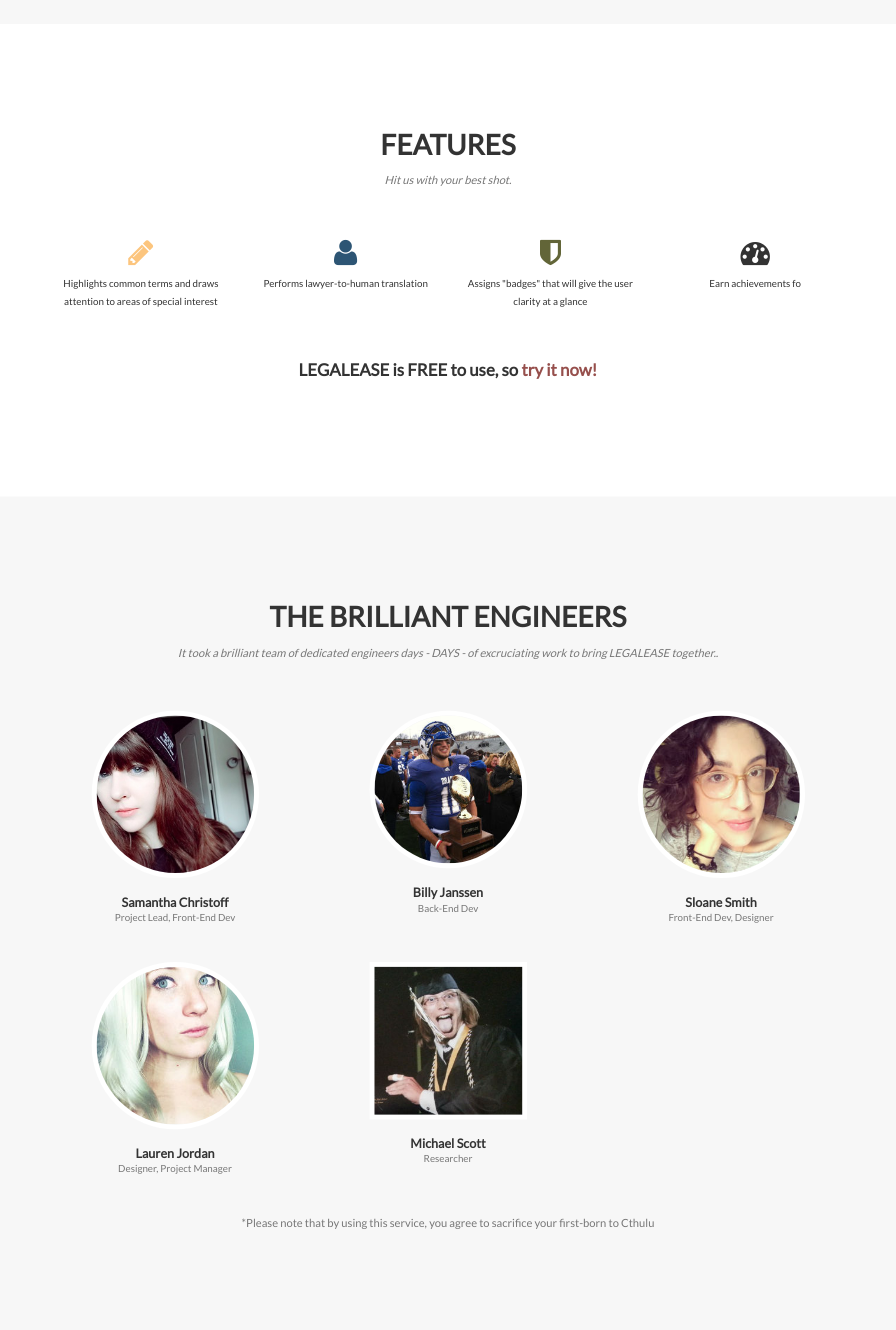
Repository: originalphoenix/LegalWeapon4
Page: index.html
The author's editor kept a record of every edit. The page is drawn from the files as they stood at one moment, then again after the next edit.
The browser window is 1280 px wide. The pictures show the part of the page from y = 2666 to 4566 px (the page is 5201 px tall), at 70% of full size.
A picture or video elsewhere on the page could not be fetched, so the positions and the page height are approximate. Some web fonts or font styles are not loaded; a fallback is used. Some web libraries are served in a nearby version.

Above is the page before.

After the next edit:
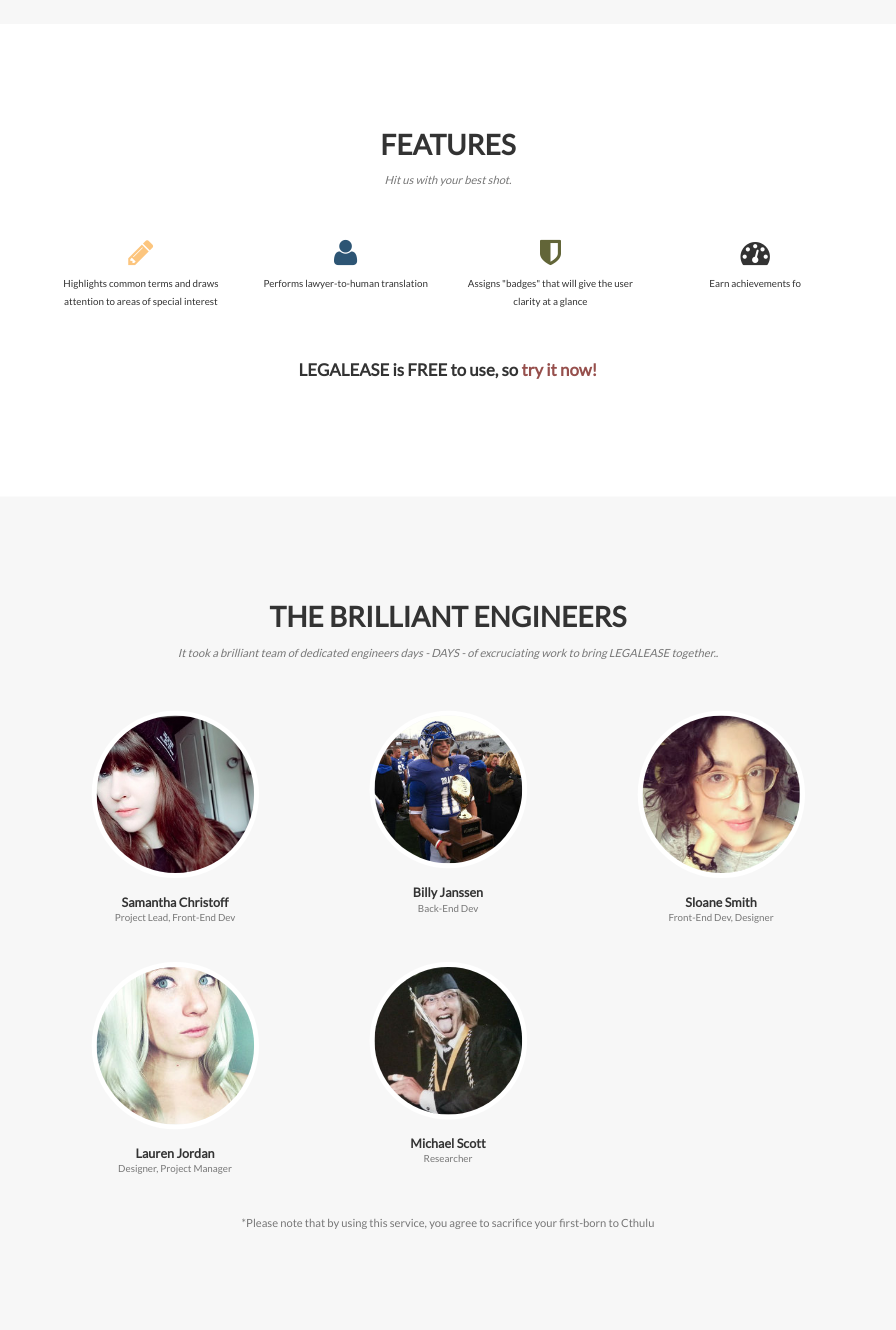
The edit:
--- a/index.html
+++ b/index.html
@@ -226,7 +226,7 @@
                 </div>
                 <div class="col-sm-4">
                     <div class="team-member">
-                        <img src="img/team/michael.jpg" width="225" heightclass="img-responsive img-circle" alt="">
+                        <img src="img/team/michael.jpg" width="225" height="" class="img-responsive img-circle" alt="">
                         <h4>Michael Scott</h4>
                         <p class="text-muted">Researcher</p>
                     </div>
